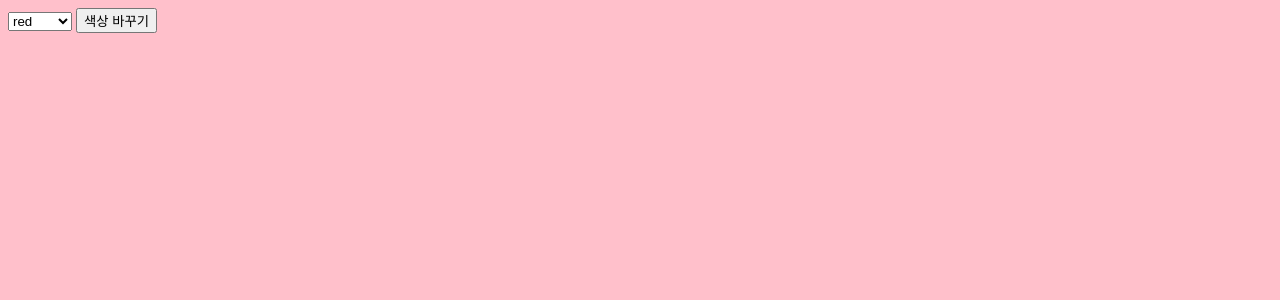
Repository: ABCchocolate/JSP_yooshin
Page: http://localhost/BoardApp/color/main.jsp
The author's editor kept a copy of each file at every save. The page is drawn from the files as they stood at one save, then again after a run of saves.
The browser window is 1280 px wide. The pictures show the whole page.
The page is served by Tomcat 9.

Above is the page before, as saved 2025-07-02 06:33:04.

After the next 2 saves:
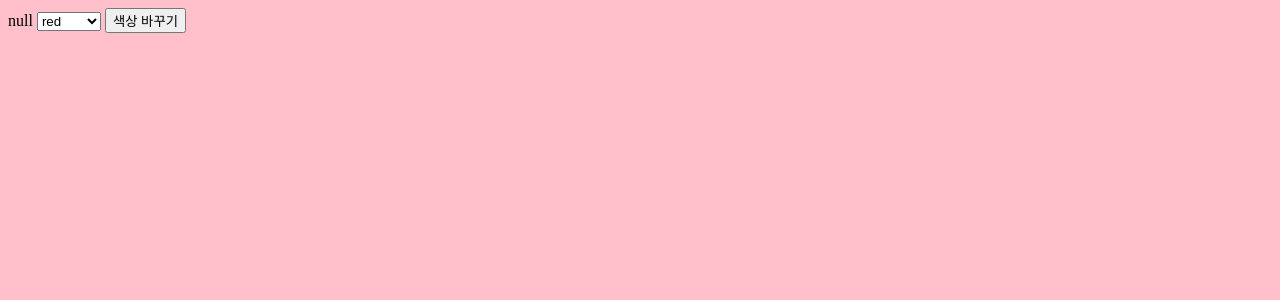
The 2 saves are shown as one change because 1 did not build or start.
The last was saved 16 s later.
--- a/BoardApp/src/main/webapp/color/main.jsp
+++ b/BoardApp/src/main/webapp/color/main.jsp
@@ -1,8 +1,8 @@
 <%@ page contentType="text/html; charset=UTF-8"%>
 <%
 	//field of service method
-	String color = request.getParameter("bg");
-
+	String bg = request.getParameter("bg");
+	out.print(bg);
 
 %>
 <!DOCTYPE html>
